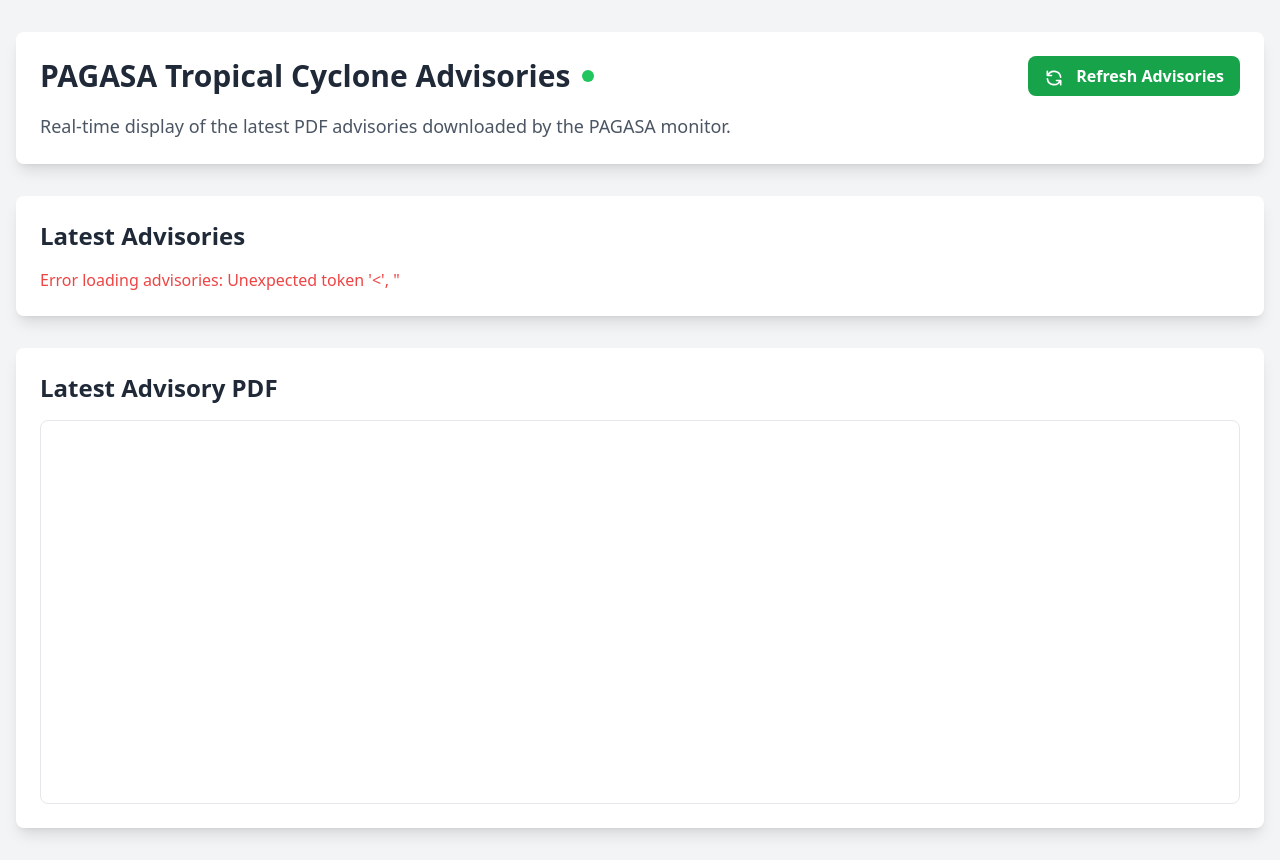
Repository: JetSpy-404/Heat-Mapping-For-Disaster-Risk-Prone-Areas
Page: pdf_viewer.html
The author's editor kept a copy of each file at every save. The page is drawn from the files as they stood at one save, then again after the next save.
The browser window is 1280 px wide. The pictures show the whole page.
The page's requests for data from a server got no answer. Some web libraries are served in a nearby version.

Above is the page before, as saved 2025-11-09 15:44:24.

After the next save:
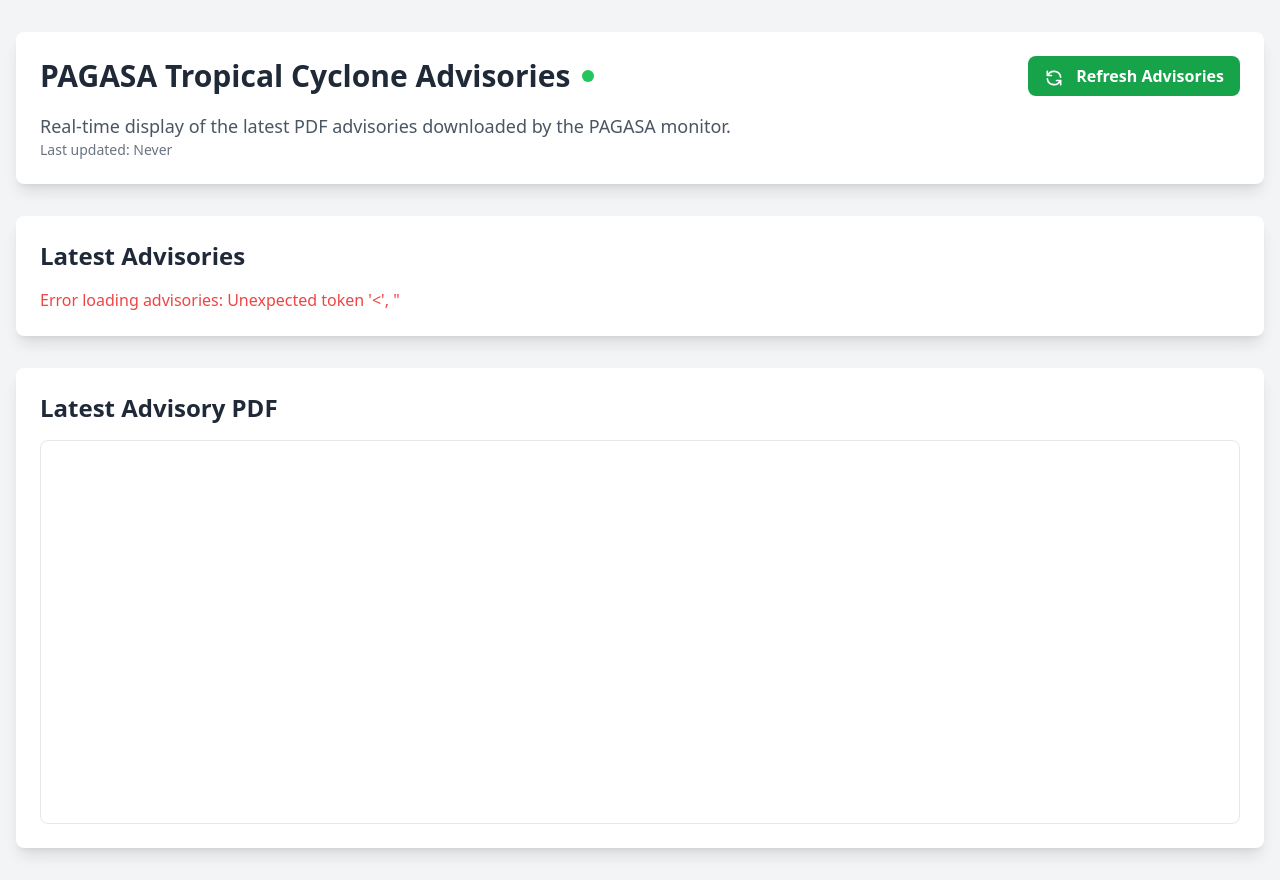
Saved 117 s later.
--- a/pdf_viewer.html
+++ b/pdf_viewer.html
@@ -23,6 +23,7 @@
                 </button>
             </div>
             <p class="text-gray-600 text-lg">Real-time display of the latest PDF advisories downloaded by the PAGASA monitor.</p>
+            <p class="text-sm text-gray-500" id="last-updated">Last updated: Never</p>
             <div class="loading hidden text-center py-4 text-gray-500 font-medium" id="loading">
                 <svg class="animate-spin w-6 h-6 inline mr-2" fill="none" viewBox="0 0 24 24">
                     <circle class="opacity-25" cx="12" cy="12" r="10" stroke="currentColor" stroke-width="4"></circle>
